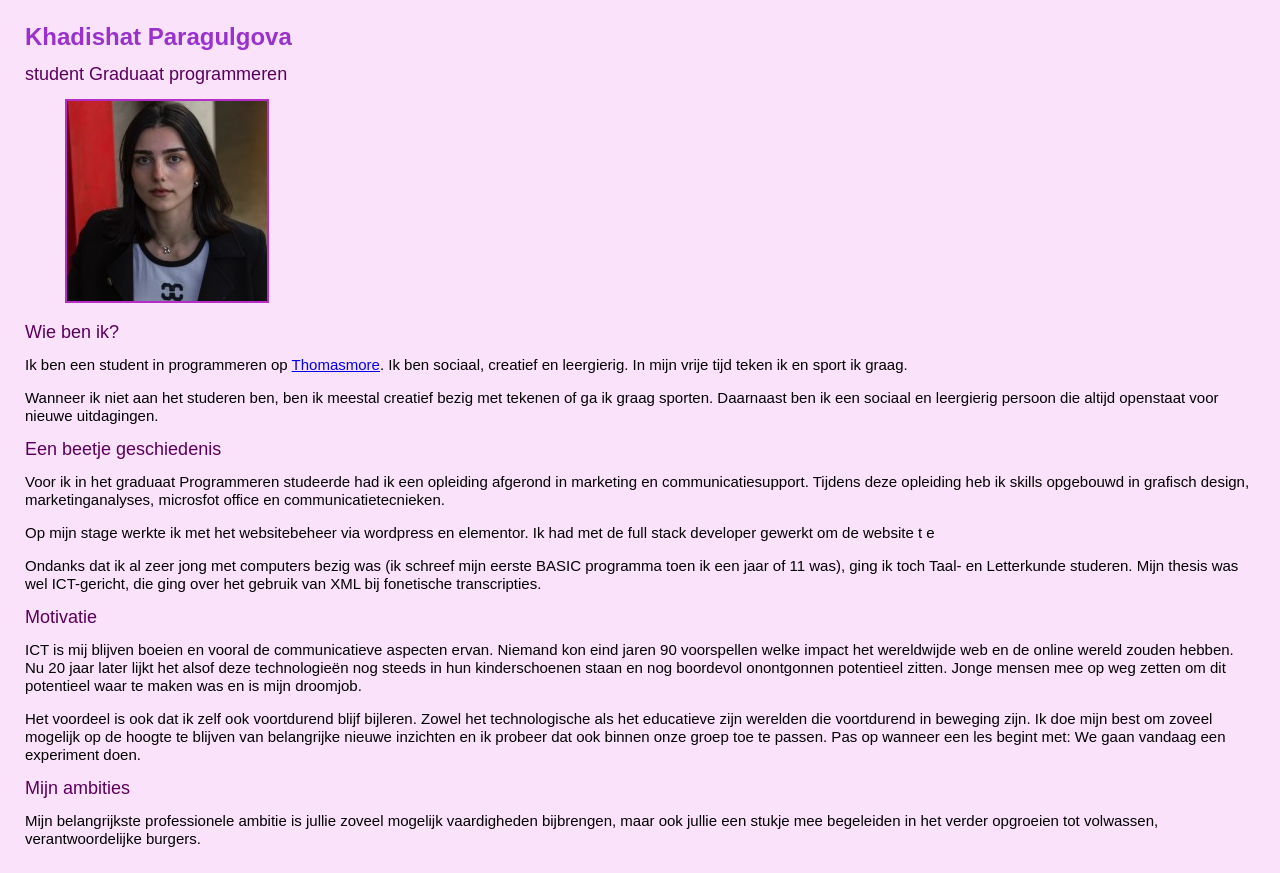
Repository: khadishat00/portfolio
Page: index.html
These files come from the project's save history. The page is drawn as it stood at one moment and after the next save; the edit follows.
The browser window is 1280 px wide. The pictures show the whole page.

Above is the page before, as saved 2026-09-24 15:14:02.

After the next save:
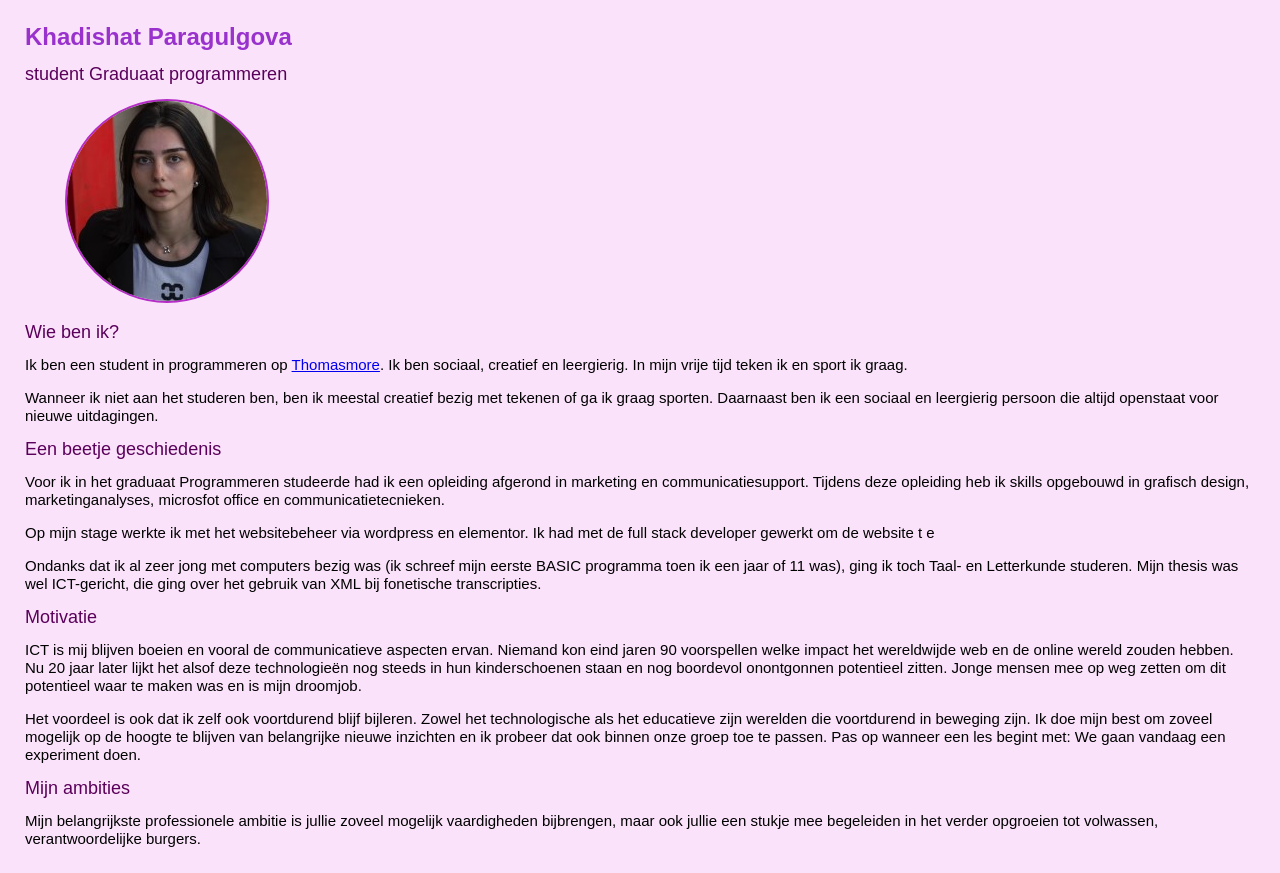
Saved 4 s later.
--- a/index.html
+++ b/index.html
@@ -48,7 +48,7 @@
     img {
       max-width: 100%;
       border: 2px double ;
-      border-radius: px;
+      border-radius: 50%;
       border-color: rgb(181, 44, 199);
 
     }
